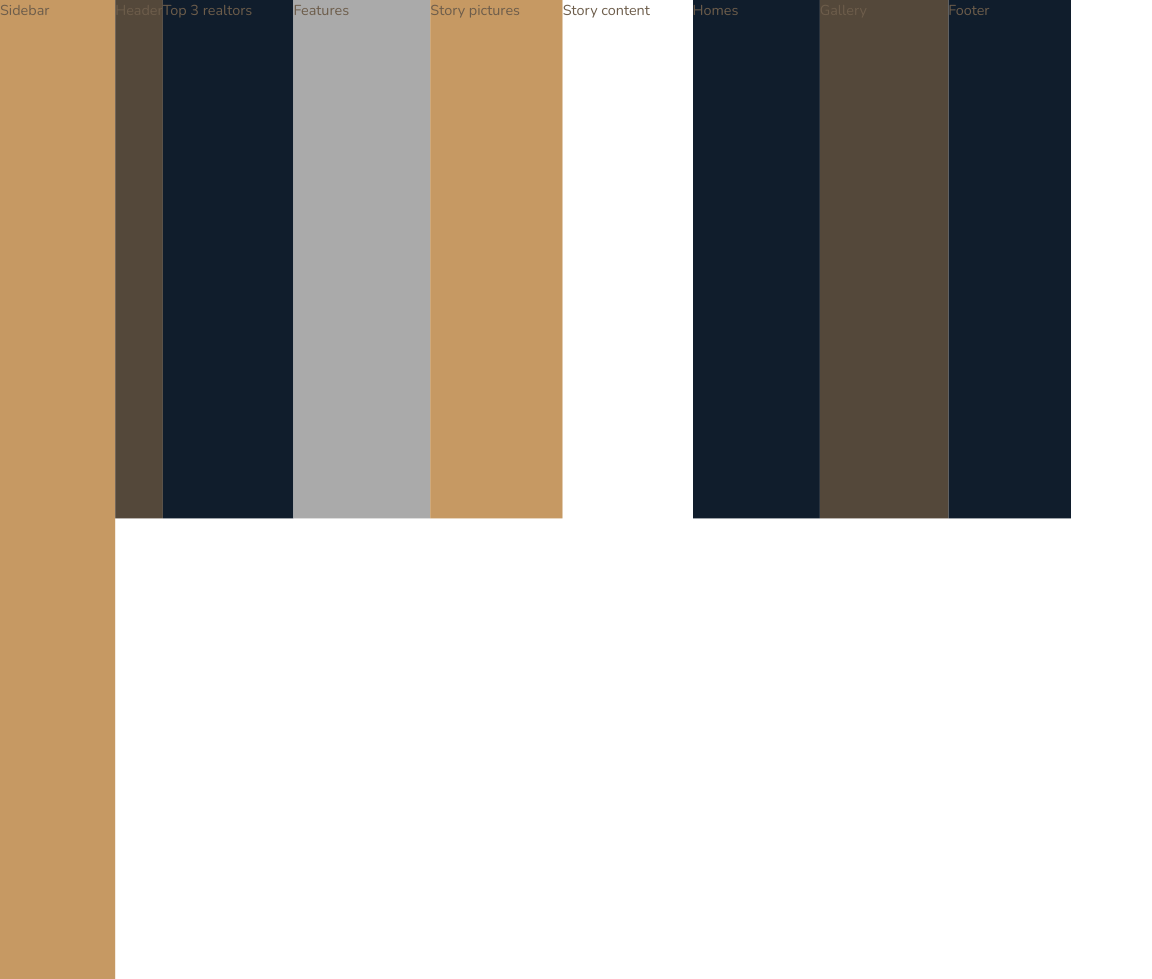
Repository: achwesiuk/nexter
Page: index.html
An editor plug-in stored every save of this project. The page is shown before and after the next save, followed by the edit.
The browser window is 1280 px wide. The pictures show the whole page, at 90% of full size.
The style sheet was rebuilt from its Sass, Less or Tailwind sources for each picture, by a compiler version that may differ from the author's.

Above is the page before, as saved 2021-02-19 12:56:09.

After the next save:
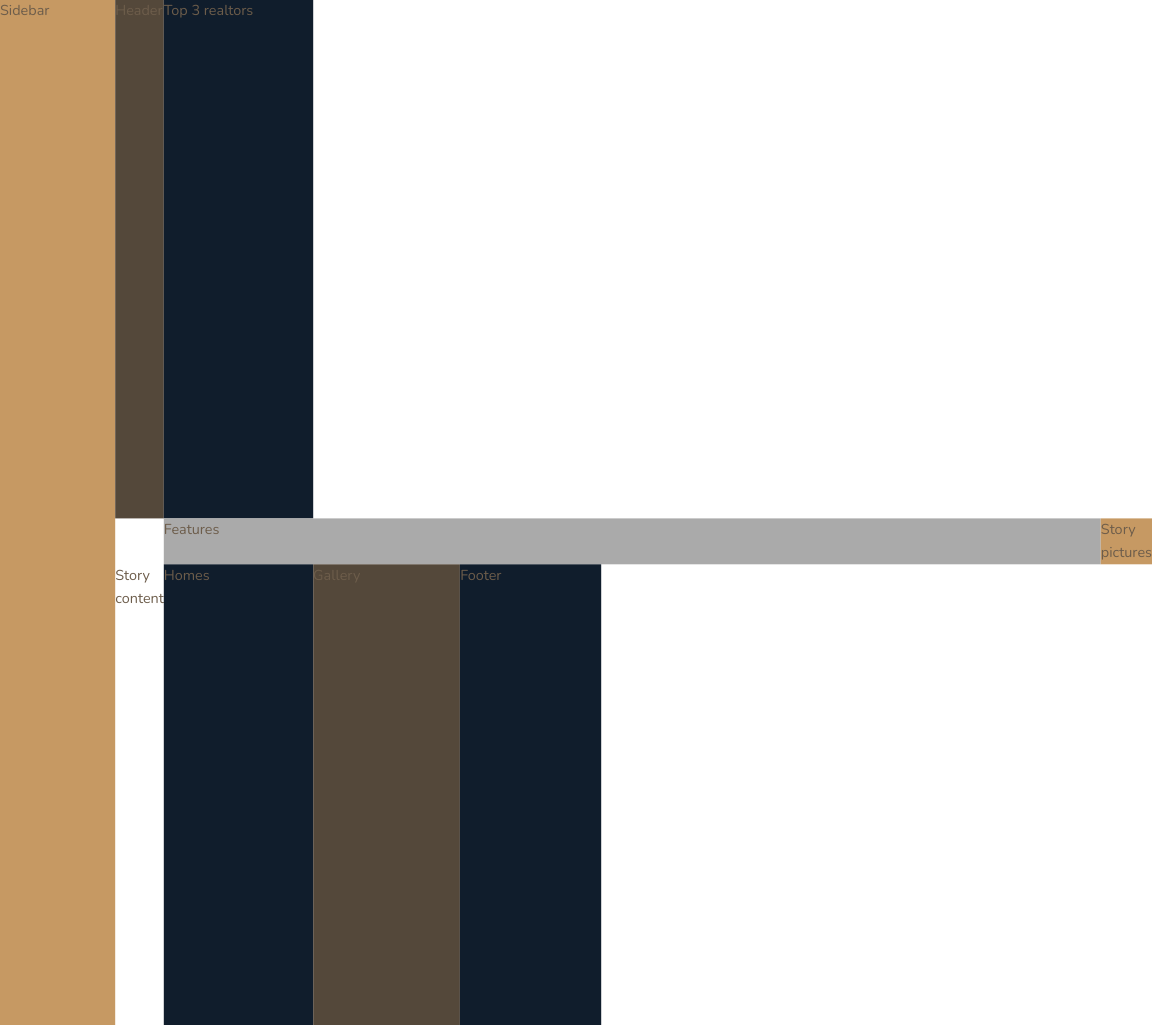
Saved 7 min 58 s later.
--- a/sass/_features.scss
+++ b/sass/_features.scss
@@ -1,3 +1,4 @@
 .features {
     background-color: $color-grey-light-2;
+    grid-column: center-start / center-end;
 }
